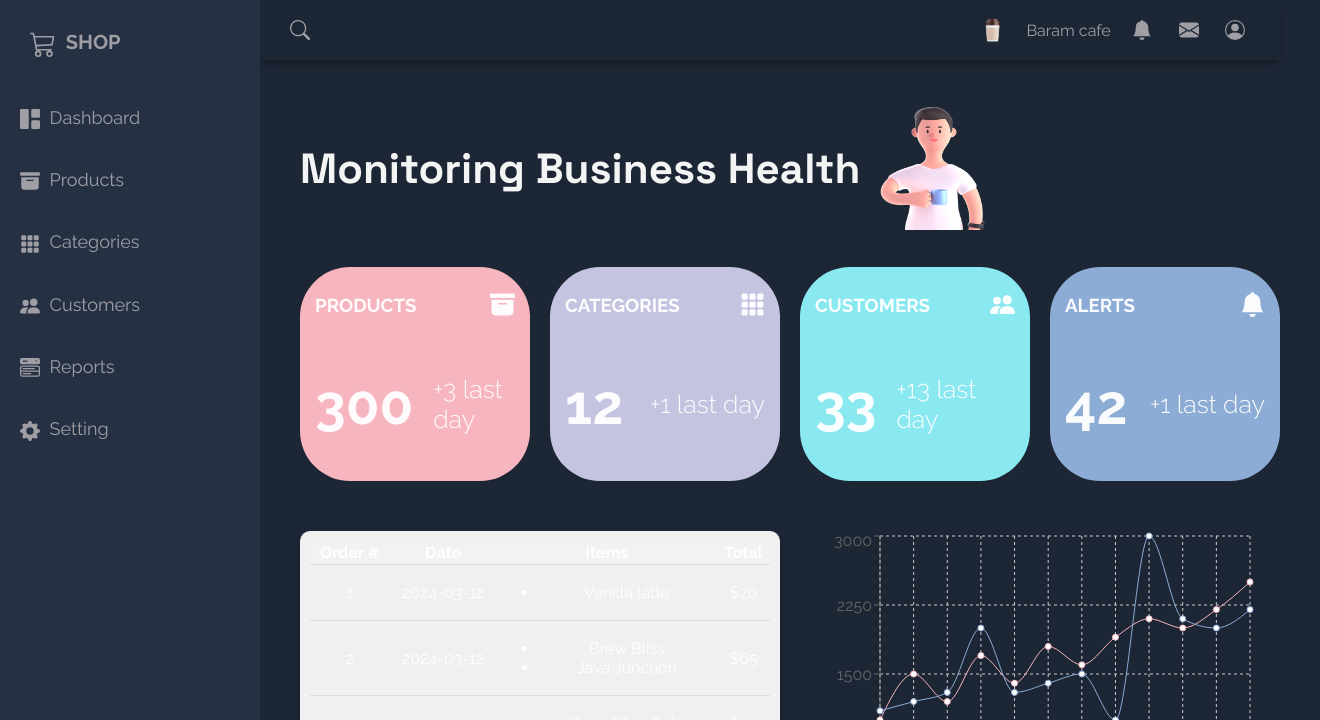
Repository: ffferncake/monitoring-business-health
Page: /
An editor plug-in stored every save of this project. The page is shown before and after the next save, followed by the edit.
The browser window is 1280 px wide. The page is 1320 px wide, so the pictures cover 1320 px, including what lies to the right of the window. The pictures show the whole page.
An inner scrolling area shows only its first screen. The project was rebuilt for these pictures with package versions that can differ from the ones it lists, and the page was loaded fresh each time. Also part of the build but not shown: vite.config.js.

Above is the page before, as saved 2024-03-13 15:49:50.

### index.html
<!doctype html>
<html lang="en">
  <head>
    <meta charset="UTF-8" />
    <link rel="icon" type="image/svg+xml" href="/images/coffee-glass-packaging.png" />
    <meta name="viewport" content="width=device-width, initial-scale=1.0" />
    <title>Vite + React</title>
  </head>
  <body>
    <div id="root"></div>
    <script type="module" src="/src/main.jsx"></script>
  </body>
</html>

### src/App.css
@import url("https://fonts.googleapis.com/css2?family=Raleway:ital,wght@0,100..900;1,100..900&family=Space+Grotesk:wght@300..700&display=swap");
body {
  margin: 0;
  padding: 0;
  background-color: #1d2634;
  color: #9e9ea4;
  /* font-family: 'Montserrat', sans-serif; */
  font-family: "Raleway", "Space Grotesk", sans-serif;
}

.icon {
  vertical-align: middle;
  line-height: 1px;
  font-size: 20px;
}
.icon_header {
  vertical-align: middle;
  line-height: 1px;
  font-size: 26px;
}
.icon,
.icon_header {
  margin-right: 5px;
}

.close_icon {
  color: red;
  margin-left: 30px;
  margin-top: 10px;
  cursor: pointer;
}

.grid-container {
  display: grid;
  grid-template-columns: 260px 1fr 1fr 1fr;
  grid-template-rows: 0.2fr 3fr;
  grid-template-areas:
    "sidebar header header header"
    "sidebar main main main";
  height: 100vh;
}

/* Header  */
.header {
  grid-area: header;
  height: 60px;
  display: flex;
  align-items: center;
  justify-content: space-between;
  padding: 0 30px 0 30px;
  box-shadow: 0 6px 7px -3px rgba(0, 0, 0, 0.35);
}

.header-right {
  display: flex;
  justify-content: space-between;
  align-items: center;
  width: 270px;
}
.header-right > img {
  width: 25px;
}

.menu-icon {
  display: none;
}
/* End Header  */

/* Sidebar  */
#sidebar {
  grid-area: sidebar;
  height: 100%;
  background-color: #263043;
  overflow-y: auto;
  transition: all 0.5s;
  -webkit-transition: all 0.5s;
}

.sidebar-title {
  display: flex;
  justify-content: space-between;
  align-items: center;
  padding: 15px 30px 0px 30px;
  margin-bottom: 30px;
  font-family: "Raleway", sans-serif;
}

.sidebar-title > span {
  display: none;
}

.sidebar-brand {
  margin-top: 15px;
  font-size: 20px;
  font-weight: 700;
}

.sidebar-list {
  padding: 0;
  list-style-type: none;
}

.sidebar-list-item {
  padding: 20px 20px 20px 20px;
  font-size: 18px;
}

.sidebar-list-item:hover {
  background-color: rgba(255, 255, 255, 0.2);
  cursor: pointer;
}

.sidebar-list-item > a {
  text-decoration: none;
  color: #9e9ea4;
}

.sidebar-responsive {
  display: inline !important;
  position: absolute;
  /*
    we want the z-index of the sidebar higher so that
    the charts are not showing over the sidebar
    on small screens
  */
  z-index: 12 !important;
}

/* End Sidebar  */

/* Main  */
.main-container {
  grid-area: main;
  overflow-y: auto;
  overflow-x: hidden;
  padding: 20px 20px;
  color: rgba(255, 255, 255, 0.95);
  width: 100%;
  display: flex;
  flex-wrap: wrap;
}

.column {
  /* grid-area: main; */
  overflow-y: auto;
  padding: 20px 20px;
  color: rgba(255, 255, 255, 0.95);
  overflow-x: hidden;
  /* width: 50%; */
}

.main-title {
  display: flex;
  /* justify-content: space-between; */
  font-size: 36px;
  font-family: "Space Grotesk", sans-serif;
}

.main-title > img {
  width: 150px;
  height: 130px;
}
.main-cards {
  display: grid;
  grid-template-columns: 1fr 1fr 1fr 1fr;
  gap: 20px;
  margin: 30px 0;
}

.card {
  display: flex;
  flex-direction: column;
  justify-content: space-around;
  padding: 8px 15px;
  border-radius: 50px;
}

.card:first-child {
  background-color: #f7b5bf;
}

.card:nth-child(2) {
  background-color: #c4c4e0;
}

.card:nth-child(3) {
  background-color: #8ae8f0;
}

.card:nth-child(4) {
  background-color: #8cacd5;
}

.card-inner {
  display: flex;
  align-items: center;
  justify-content: space-between;
}

.card-inner-text {
  display: flex;
  align-items: center;
  justify-content: space-between;
}

.card-inner-text > h1 {
  font-size: 55px;
  font-weight: 700;
}

.card-inner-text > h2 {
  font-size: 25px;
  padding-left: 20px;
  font-weight: 300;
}

.card-inner > .card_icon {
  font-size: 25px;
}

.card-inner > img {
  border-radius: 50px;
  width: 290px;
  height: 400px;
  display: block;
  align-items: center;
  margin: 0 auto; /* Center the image horizontally */
  margin-left: 50px;
}
.charts {
  display: grid;
  grid-template-columns: 1fr 1fr;
  gap: 20px;
  margin-top: 50px;
  height: 300px;
}

/* End Main  */

/* Medium <= 992px */

@media screen and (max-width: 992px) {
  .grid-container {
    grid-template-columns: 1fr;
    grid-template-rows: 0.2fr 3fr;
    grid-template-areas:
      "header"
      "main";
  }

  #sidebar {
    display: none;
  }

  .menu-icon {
    display: inline;
  }

  .sidebar-title > span {
    display: inline;
  }
}
/* Small <= 768px */

@media screen and (max-width: 768px) {
  .main-cards {
    grid-template-columns: 1fr;
    gap: 10px;
    margin-bottom: 0;
  }

  .charts {
    grid-template-columns: 1fr;
    margin-top: 30px;
  }
}

/* Extra Small <= 576px */

@media screen and (max-width: 576px) {
  .hedaer-left {
    display: none;
  }
}

### src/Header.jsx
import React from "react";
import {
  BsFillBellFill,
  BsFillEnvelopeFill,
  BsPersonCircle,
  BsSearch,
  BsJustify,
} from "react-icons/bs";
import "./App.css";

function Header({ OpenSidebar }) {
  return (
    <header className="header">
      <div className="menu-icon">
        <BsJustify className="icon" onClick={OpenSidebar} />
      </div>
      <div className="header-left">
        <BsSearch className="icon" />
      </div>

      <div className="header-right">
        <img src="./images/coffee-glass-packaging.png" alt="coffee" />
        <p>Baram cafe</p>
        <BsFillBellFill className="icon" />
        <BsFillEnvelopeFill className="icon" />
        <BsPersonCircle className="icon" />
      </div>
    </header>
  );
}

export default Header;

### src/Sidebar.jsx
import React from 'react'
import
{BsCart3, BsGrid1X2Fill, BsFillArchiveFill, BsFillGrid3X3GapFill, BsPeopleFill,
  BsListCheck, BsMenuButtonWideFill, BsFillGearFill}
 from 'react-icons/bs'

function Sidebar({openSidebarToggle, OpenSidebar}) {
  return (
    <aside id="sidebar" className={openSidebarToggle ? "sidebar-responsive": ""}>
        <div className='sidebar-title'>
            <div className='sidebar-brand'>
                <BsCart3  className='icon_header'/> SHOP
            </div>
            <span className='icon close_icon' onClick={OpenSidebar}>X</span>
        </div>

        <ul className='sidebar-list'>
            <li className='sidebar-list-item'>
                <a href="">
                    <BsGrid1X2Fill className='icon'/> Dashboard
                </a>
            </li>
            <li className='sidebar-list-item'>
                <a href="">
                    <BsFillArchiveFill className='icon'/> Products
                </a>
            </li>
            <li className='sidebar-list-item'>
                <a href="">
                    <BsFillGrid3X3GapFill className='icon'/> Categories
                </a>
            </li>
            <li className='sidebar-list-item'>
                <a href="">
                    <BsPeopleFill className='icon'/> Customers
                </a>
            </li>
            {/* <li className='sidebar-list-item'>
                <a href="">
                    <BsListCheck className='icon'/> Inventory
                </a>
            </li> */}
            <li className='sidebar-list-item'>
                <a href="">
                    <BsMenuButtonWideFill className='icon'/> Reports
                </a>
            </li>
            <li className='sidebar-list-item'>
                <a href="">
                    <BsFillGearFill className='icon'/> Setting
                </a>
            </li>
        </ul>
    </aside>
  )
}

export default Sidebar

### src/Home.jsx
import React from "react";
import {
  BsFillArchiveFill,
  BsFillGrid3X3GapFill,
  BsPeopleFill,
  BsFillBellFill,
} from "react-icons/bs";
import {
  BarChart,
  Bar,
  Cell,
  XAxis,
  YAxis,
  CartesianGrid,
  Tooltip,
  Legend,
  ResponsiveContainer,
  LineChart,
  Line,
} from "recharts";
import Card from "./Card";
import logoImage1 from "../public/images/ig.png"; // Import your first logo image
import logoImage2 from "../public/images/facebook.png"; // Import your second logo image
import logoImage3 from "../public/images/twitter.png"; // Import your third logo image
import OrderCard from "./OrderCard";

function Home() {
  const data = [
    { month: "01", profit_2021: 1000, profit_2022: 1100 },
    { month: "02", profit_2021: 1500, profit_2022: 1200 },
    { month: "03", profit_2021: 1200, profit_2022: 1300 },
    { month: "04", profit_2021: 1700, profit_2022: 2000 },
    { month: "05", profit_2021: 1400, profit_2022: 1300 },
    { month: "06", profit_2021: 1800, profit_2022: 1400 },
    { month: "07", profit_2021: 1600, profit_2022: 1500 },
    { month: "08", profit_2021: 1900, profit_2022: 1000 },
    { month: "09", profit_2021: 2100, profit_2022: 3000 },
    { month: "10", profit_2021: 2000, profit_2022: 2100 },
    { month: "11", profit_2021: 2200, profit_2022: 2000 },
    { month: "12", profit_2021: 2500, profit_2022: 2200 },
  ];

  const reviews = [
    "This is a fantastic product! Highly recommended 👍👍👍",
    "Amazing service and great value for money 💯",
    "Couldn't be happier with my purchase 💖. 10/10.",
  ];

  const latestOrders = [
    {
      id: 1,
      date: "2024-03-12",
      items: [
        { name: "Vanilla latte", price: 20 },
        // { name: "Product 2", price: 30 },
        // { name: "Product 3", price: 15 },
      ],
      total: 20,
    },
    {
      id: 2,
      date: "2024-03-12",
      items: [
        { name: "Brew Bliss", price: 25 },
        { name: "Java Junction", price: 40 },
      ],
      total: 65,
    },
    {
      id: 3,
      date: "2024-03-12",
      items: [
        { name: "Bean Bliss Café", price: 30 },
      ],
      total: 30,
    },
    {
      id: 4,
      date: "2024-03-12",
      items: [
        { name: "The Roast Retreat", price: 15 },
        { name: "Bold Brews", price: 20 },
      ],
      total: 35,
    },
    // {
    //   id: 5,
    //   date: "2024-03-08",
    //   items: [
    //     { name: "Product 11", price: 25 },
    //     { name: "Product 12", price: 30 },
    //     { name: "Product 13", price: 15 },
    //     { name: "Product 14", price: 40 },
    //   ],
    //   total: 110,
    // },
  ];

  return (
    <>
      <div className="main-container">
        <div className="column">
          <div className="main-title">
            <h3>Monitoring Business Health</h3>
            <img
              src="./images/businessman-holding-cup.png"
              alt="man-holding-coffee"
            />
          </div>
          <div className="main-cards">
            <div className="card">
              <div className="card-inner">
                <h3>PRODUCTS</h3>
                <BsFillArchiveFill className="card_icon" />
              </div>
              <div className="card-inner-text">
                {" "}
                <h1>300</h1>
                <h2>+3 last day</h2>
              </div>
            </div>
            <div className="card">
              <div className="card-inner">
                <h3>CATEGORIES</h3>
                <BsFillGrid3X3GapFill className="card_icon" />
              </div>
              <div className="card-inner-text">
                <h1>12</h1>
                <h2>+1 last day</h2>
              </div>
            </div>
            <div className="card">
              <div className="card-inner">
                <h3>CUSTOMERS</h3>
                <BsPeopleFill className="card_icon" />
              </div>
              <div className="card-inner-text">
                <h1>33</h1>
                <h2>+13 last day</h2>
              </div>
            </div>
            <div className="card">
              <div className="card-inner">
                <h3>ALERTS</h3>
                <BsFillBellFill className="card_icon" />
              </div>
              <div className="card-inner-text">
                <h1>42</h1>
                <h2>+1 last day</h2>
              </div>
            </div>
          </div>

          <div className="charts">
            {/* <ResponsiveContainer width="100%" height="100%">
              <BarChart
                width={500}
                height={300}
                data={data}
                margin={{
                  top: 5,
                  right: 30,
                  left: 20,
                  bottom: 5,
                }}
              >
                <CartesianGrid strokeDasharray="3 3" />
                <XAxis dataKey="month" interval={1} />
                <YAxis />
                <Tooltip />
                <Bar dataKey="profit_2021" fill="#F7B5BF" />
                <Bar dataKey="profit_2022" fill="#8CACD5" />
              </BarChart>
            </ResponsiveContainer> */}
            <OrderCard orders={latestOrders} />

            {/* <div className="card-order">
              <div className="card-inner-order">
                <h3>ALERTS</h3>
                <BsFillBellFill className="card_icon" />
              </div>
              <div className="card-inner-text">
                <h1>42</h1>
                <h2>+1 last day</h2>
              </div>
            </div> */}
            <ResponsiveContainer width="100%" height="100%">
              <LineChart
                width={500}
                height={300}
                data={data}
                margin={{
                  top: 5,
                  right: 30,
                  left: 20,
                  bottom: 5,
                }}
              >
                <CartesianGrid strokeDasharray="3 3" />
                <XAxis dataKey="month" />
                <YAxis />
                <Tooltip />
                {/* <Legend /> */}
                <Line
                  type="monotone"
                  dataKey="profit_2021"
                  stroke="#F7B5BF"
                  activeDot={{ r: 8 }}
                />
                <Line type="monotone" dataKey="profit_2022" stroke="#8CACD5" />
              </LineChart>
            </ResponsiveContainer>
          </div>
        </div>
        <div className="column">
          {/* <div className="card"> */}
          <div className="card-inner">
            <img src="./images/cafe_inside.jpg" alt="cafe img" />
            {/* </div> */}
          </div>
          <div className="card-container">
            <Card logo={logoImage1} review={reviews[0]} />
            <Card logo={logoImage2} review={reviews[1]} />
            <Card logo={logoImage3} review={reviews[2]} />
          </div>
        </div>
      </div>
    </>
  );
}

export default Home;

### src/Card.jsx
import React from "react";
import "./Card.css"; // Import CSS file for styling

const Card = ({ logo, review }) => {
  return (
    <div className="card-comment">
      <div className="logo-comment-container">
        <div className="logo-container">
          <img src={logo} alt="Logo" className="logo" />
        </div>
        <div className="review">{review}</div>
      </div>
    </div>
  );
};

export default Card;

### src/OrderCard.jsx
import React from "react";
import "./OrderCard.css"; // Import CSS file for styling

const OrderCard = ({ orders }) => {
  return (
    <div className="order-card">
      <table>
        <thead>
          <tr>
            <th>Order #</th>
            <th>Date</th>
            <th>Items</th>
            <th>Total</th>
          </tr>
        </thead>
        <tbody>
          {orders.map((order) => (
            <tr key={order.id}>
              <td>{order.id}</td>
              <td>{order.date}</td>
              <td>
                <ul>
                  {order.items.map((item, index) => (
                    <li key={index}>{item.name}</li>
                  ))}
                </ul>
              </td>
              <td>${order.total}</td>
            </tr>
          ))}
        </tbody>
      </table>
    </div>
  );
};

export default OrderCard;

### src/Card.css
.card-comment {
  width: 250px;
  height: 50px; /* Adjust height according to content */
  margin-top: 10px;
  margin-left: 50px;
  border-radius: 30px;
  background-color: #f0f0f0;
  display: flex;
  /* align-items: center;
  justify-content: center; */
  padding: 20px;
  /* text-align: center; */
}
.logo-comment-container {
  display: flex;
  align-items: center;
  justify-content: space-between;
}

.logo-container {
  width: 50px;
  height: 50px;
  border-radius: 30px;
  overflow: hidden;
  /* margin-bottom: 20px; */
}

.logo {
  width: 100%;
  height: 100%;
  object-fit: contain;
}

.review {
  font-size: 12px;
  color: #333;
  margin-left: 10px; /* Adjust margin as needed */
}

### src/OrderCard.css
.order-card {
  background-color: #f0f0f0;
  border-radius: 10px;
  padding: 10px;
  margin-bottom: 10px;
  box-shadow: 0 4px 8px rgba(0, 0, 0, 0.1);
}

table {
  width: 100%;
  border-collapse: collapse;
}

th,
td {
  padding: 2px;
  border-bottom: 1px solid #ddd;
  text-align: center;
}

th {
  background-color: #f2f2f2;
}

Loaded but not shown: src/main.jsx (common file); src/App.jsx (common file)

After the next save:
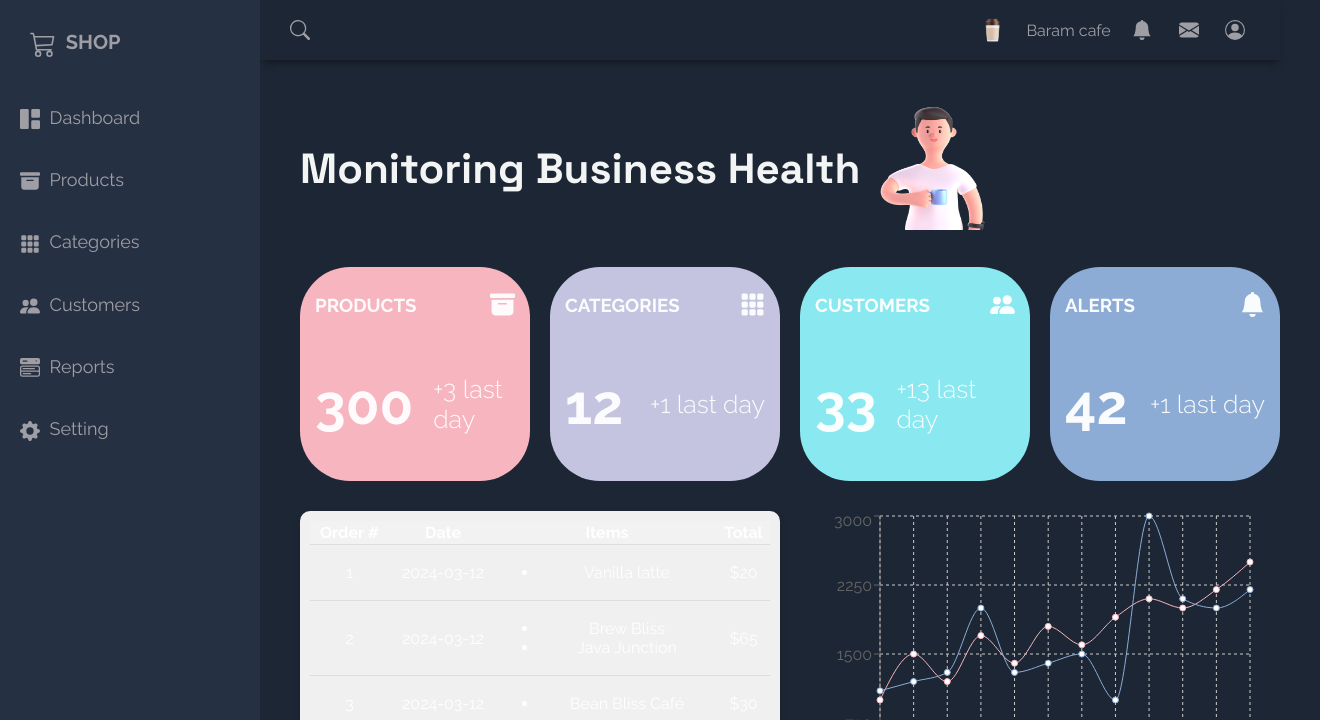
Saved 5 s later.
--- a/src/App.css
+++ b/src/App.css
@@ -231,7 +231,7 @@ body {
   display: grid;
   grid-template-columns: 1fr 1fr;
   gap: 20px;
-  margin-top: 50px;
+  margin-top: 10px;
   height: 300px;
 }
 
